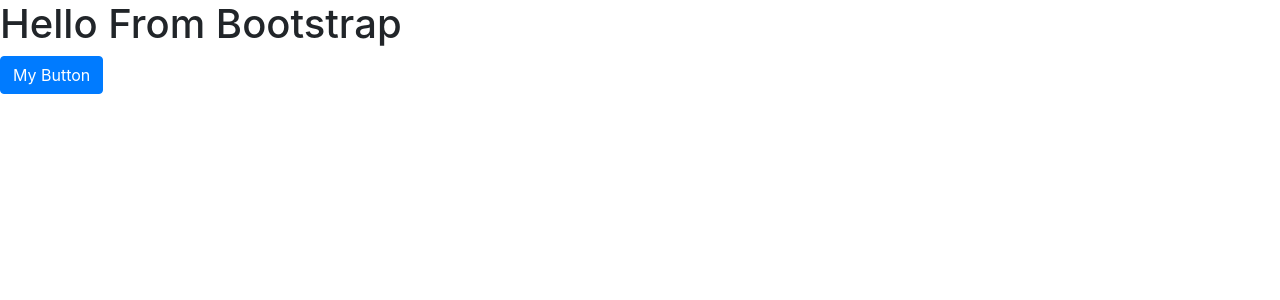
Repository: mohsinfarabi/bootstrap-practice
Page: index.html
An editor plug-in stored every save of this project. The page is shown before and after the next save, followed by the edit.
The browser window is 1280 px wide. The pictures show the whole page.

Above is the page before, as saved 2020-07-06 02:44:53.

After the next save:
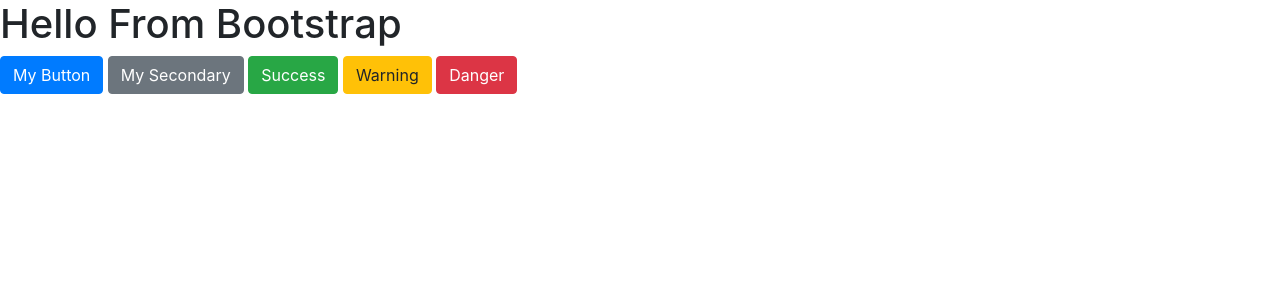
Saved 4 min 20 s later.
--- a/index.html
+++ b/index.html
@@ -11,6 +11,10 @@
 <body>
     <h1>Hello From Bootstrap</h1>
     <button class="btn btn-primary">My Button</button>
+    <button class="btn btn-secondary">My Secondary</button>
+    <button class="btn btn-success">Success</button>
+    <button class="btn btn-warning">Warning</button>
+    <button class="btn btn-danger">Danger</button>
 </body>
 
 </html>
